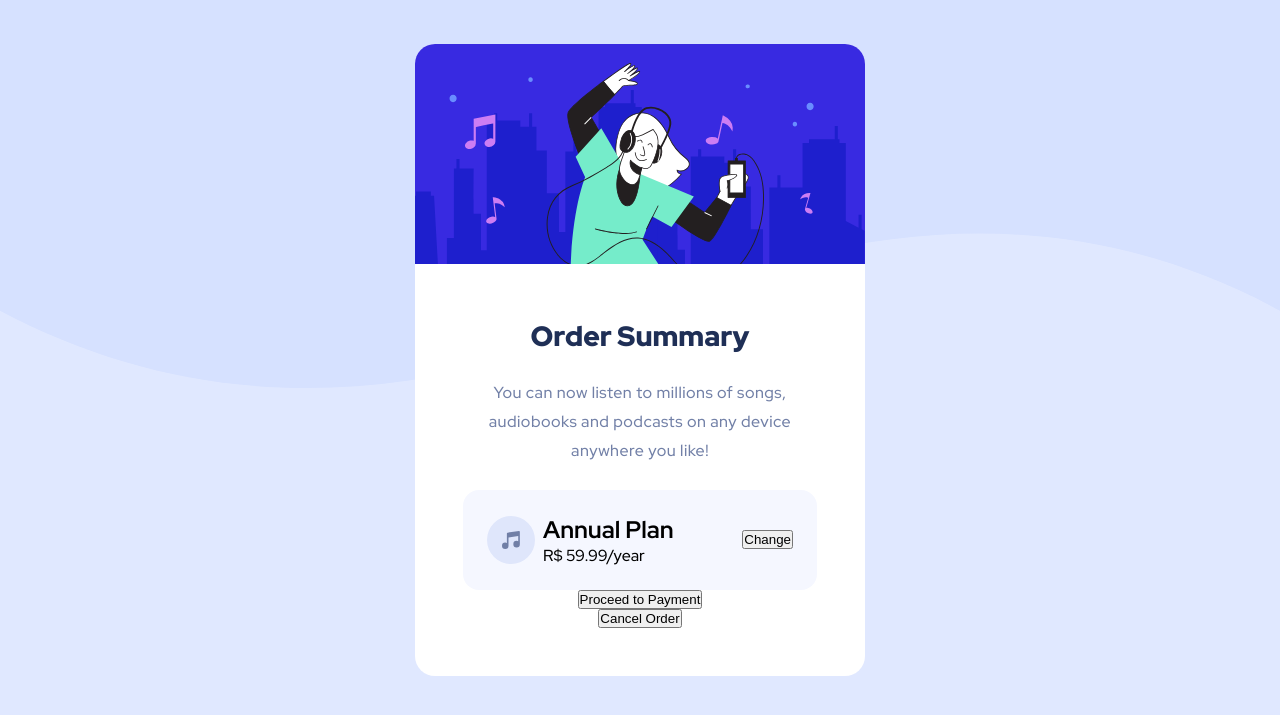
Repository: gccavalheiro/order-summary-card
Page: index.html
An editor plug-in stored every save of this project. The page is shown before and after the next save, followed by the edit.
The browser window is 1280 px wide. The pictures show the whole page.

Above is the page before, as saved 2021-12-17 02:16:14.

After the next save:
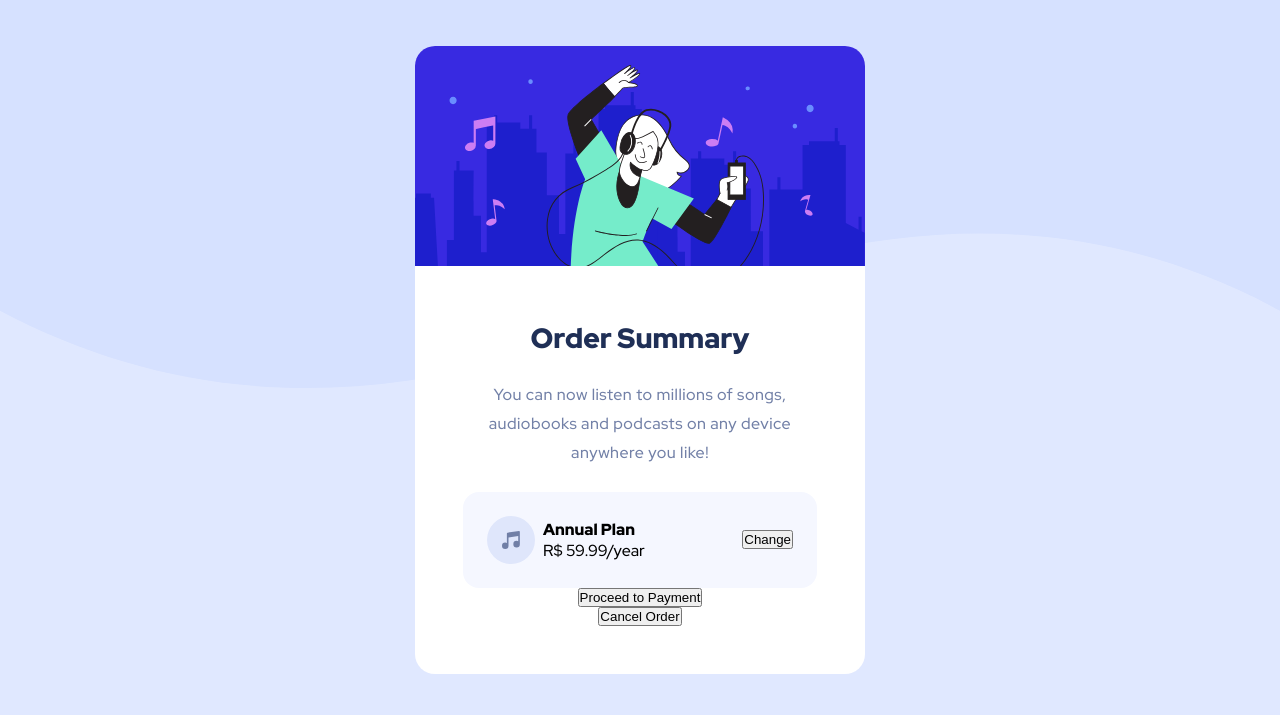
Saved 85 s later.
--- a/assets/css/main.css
+++ b/assets/css/main.css
@@ -116,7 +116,19 @@ main {
   object-fit: cover;
 }
 
-.card-plan-info-detail{}
+.card-plan-info-detail {
+  display: flex;
+  flex-direction: column;
+}
+
+.card-plan-info-detail h2 {
+  font-size: 1rem;
+  font-weight: 900;
+}
+
+.card-plan-info-detail p {
+
+}
 .card-plan-button{}
 .card-button-payment{}
 .card-button-cancel{}
